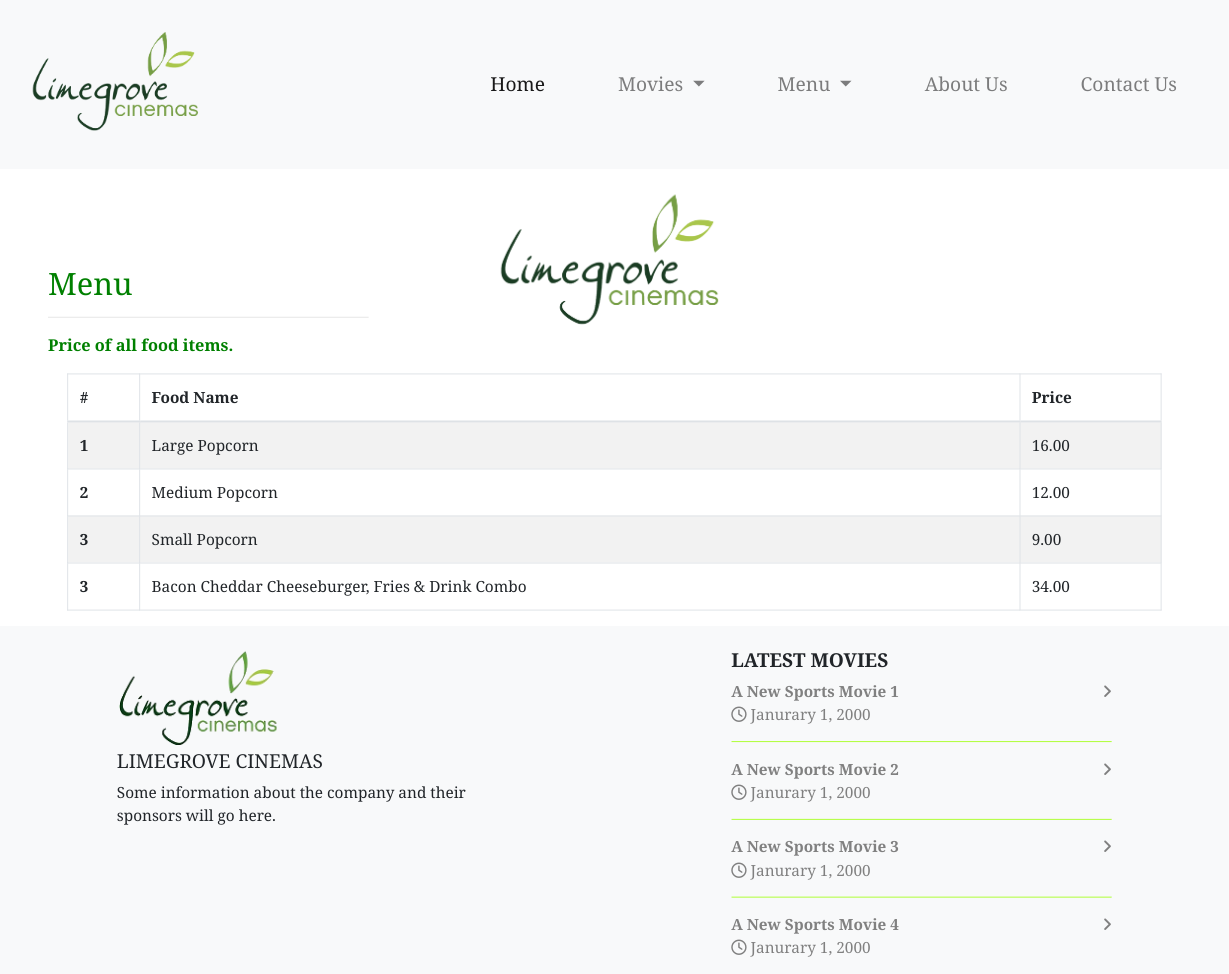
Repository: SimplyZacc/movie-web-template
Page: http://localhost/
These files come from the project's save history. The page is drawn as it stood at one moment and after the next save; the edit follows.
The browser window is 1280 px wide. The pictures show the whole page, at 96% of full size.
Some web libraries are served in a nearby version. The page is run by PHP 8.4 with error messages shown; the project is at /var/www/html/.

Above is the page before, as saved 2020-06-28 23:11:49.

### index.php
<?php
//set page vars
$title = "Index";
//include page header
include "templates/header.php";
?>

<div class="contact-head">
    <div class="contact-head-body">
        <h2>Menu</h2>
        <hr>
        <p>Price of all food items.</p>
    </div>
</div>

<div class="container">
    <div class="row">
        <table class="table table-striped table-bordered">
            <thead>
                <tr>
                    <th scope="col">#</th>
                    <th scope="col">Food Name</th>
                    <th scope="col">Price</th>
                </tr>
            </thead>
            <tbody>
                <tr>
                    <th scope="row">1</th>
                    <td>Large Popcorn</td>
                    <td>16.00</td>
                </tr>
                <tr>
                    <th scope="row">2</th>
                    <td>Medium Popcorn</td>
                    <td>12.00</td>
                </tr>
                <tr>
                    <th scope="row">3</th>
                    <td>Small Popcorn</td>
                    <td>9.00</td>
                </tr>
                <tr>
                    <th scope="row">3</th>
                    <td>Bacon Cheddar Cheeseburger, Fries & Drink Combo</td>
                    <td>34.00</td>
                </tr>
            </tbody>
        </table>
    </div>
</div>

<?php include "templates/footer.php";?>

### templates/header.php
<?php
session_start();
?>
<!DOCTYPE html>
<html lang="en">

<head>
    <meta charset="UTF-8">
    <meta name="viewport" content="width=device-width, initial-scale=1.0">

    <title>
        <?php
        $default_header = "Limegrove Cinemas";
        if (isset($title)) {
            echo "Limegrove Cinemas - " . $title;
        } else {
            echo $default_header;
        }
        ?>
    </title>

    <!-- CSS -->
    <link rel="stylesheet" href="https://stackpath.bootstrapcdn.com/bootstrap/4.4.1/css/bootstrap.min.css" integrity="sha384-Vkoo8x4CGsO3+Hhxv8T/Q5PaXtkKtu6ug5TOeNV6gBiFeWPGFN9MuhOf23Q9Ifjh" crossorigin="anonymous">
    <link rel="stylesheet" href="assets/css/styles.css">
    <link rel="stylesheet" href="movie-web-template/assets/css/styles.css">

    <!-- JavaScript -->
    <script src="https://code.jquery.com/jquery-3.4.1.slim.min.js" integrity="sha384-J6qa4849blE2+poT4WnyKhv5vZF5SrPo0iEjwBvKU7imGFAV0wwj1yYfoRSJoZ+n" crossorigin="anonymous"></script>
    <script src="https://cdn.jsdelivr.net/npm/popper.js@1.16.0/dist/umd/popper.min.js" integrity="sha384-Q6E9RHvbIyZFJoft+2mJbHaEWldlvI9IOYy5n3zV9zzTtmI3UksdQRVvoxMfooAo" crossorigin="anonymous"></script>
    <script src="https://stackpath.bootstrapcdn.com/bootstrap/4.4.1/js/bootstrap.min.js" integrity="sha384-wfSDF2E50Y2D1uUdj0O3uMBJnjuUD4Ih7YwaYd1iqfktj0Uod8GCExl3Og8ifwB6" crossorigin="anonymous"></script>
    <script src="https://kit.fontawesome.com/e9662c41f5.js" crossorigin="anonymous"></script>

</head>

<body>

    <nav class="navbar navbar-expand-lg navbar-light bg-light">
        <button class="navbar-toggler" type="button" data-toggle="collapse" data-target="#navbarSupportedContent" aria-controls="navbarSupportedContent" aria-expanded="false" aria-label="Toggle navigation">
            <i class="fas fa-bars"></i>
        </button>

        <div class="collapse navbar-collapse" id="navbarSupportedContent">
            <ul class="navbar-nav mr-auto">
                <a class="navbar-brand" href="index.php"><img src="assets/images/lgcgreenlogo.png" alt="Cinema Logo" style="width: auto;height: 150px"></a>

            </ul>

            <ul class="navbar-nav navbar-right">

                <li class="nav-item active p-r-10">
                    <a class="nav-link" href="index.php">Home <span class="sr-only">(current)</span></a>
                </li>
                <li class="nav-item dropdown p-r-10">
                    <a class="nav-link dropdown-toggle" href="movie.php" id="navbarDropdown" role="button" data-toggle="dropdown" aria-haspopup="true" aria-expanded="false">
                        Movies
                    </a>
                    <div class="dropdown-menu" aria-labelledby="navbarDropdown">
                        <a class="dropdown-item" href="movie.php">Popular</a>
                        <a class="dropdown-item disabled" href="#">Recently Added</a>
                        <a class="dropdown-item disabled" href="#">Soon Added</a>
                    </div>
                </li>
                <li class="nav-item dropdown p-r-10">
                    <a class="nav-link dropdown-toggle" href="movie.php" id="navbarDropdown" role="button" data-toggle="dropdown" aria-haspopup="true" aria-expanded="false">
                        Menu
                    </a>
                    <div class="dropdown-menu" aria-labelledby="navbarDropdown">
                        <a class="dropdown-item" href="movie.php">Food</a>
                        <a class="dropdown-item disabled" href="#">Drinks</a>
                    </div>
                </li>

                <li class="nav-item ">
                    <a class="nav-link" href="aboutus.php">About Us</a>
                </li>

                <li class="nav-item p-r-10">
                    <a class="nav-link" href="contactus.php">Contact Us</a>
                </li>

                <!--
                <li class="nav-item p-r-10">
                    <a class="nav-link" href="blog.php">Blog</a>
                </li>
                -->
            </ul>

        </div>
    </nav>

### templates/footer.php
<footer class="page-footer font-small pt-4 bg-light" style="height: 100%;">

    <div class="container-fluid text-center text-md-left">

        <div class="row">

            <div class="col-md-1"></div>

            <div class="col-sm-12 col-md-4 mt-md-0 mt-3">

                <img src="assets/images/lg-nbg.png" alt="">
                <h5 class="text-uppercase">Limegrove Cinemas</h5>
                <p style="height: 100px">Some information about the company and their sponsors will go here.</p>

            </div>

            <div class="col-2"></div>

            <hr class="clearfix w-100 d-md-none pb-3">

            <div class="col-md-4 col-sm-12 mb-md-0 mb-3">

                <h5 class="text-uppercase bold">Latest Movies</h5>

                <ul class="list-unstyled grey">
                    <li>
                        <a href="movie.php" class="footer-link">A New Sports Movie 1 <span style="float: right"><i class="fas fa-angle-right"></i></span></a>
                        <br>
                        <p><i class="far fa-clock"></i> Janurary 1, 2000</p>
                    </li>
                    <hr style="border-color: greenyellow;">
                    <li>
                        <a href="movie.php" class="footer-link">A New Sports Movie 2 <span style="float: right"><i class="fas fa-angle-right"></i></span></a>
                        <br>
                        <p><i class="far fa-clock"></i> Janurary 1, 2000</p>
                    </li>
                    <hr style="border-color: greenyellow;">
                    <li>
                        <a href="movie.php" class="footer-link">A New Sports Movie 3 <span style="float: right"><i class="fas fa-angle-right"></i></span></a>
                        <br>
                        <p><i class="far fa-clock"></i> Janurary 1, 2000</p>
                    </li>
                    <hr style="border-color: greenyellow;">
                    <li>
                        <a href="movie.php" class="footer-link">A New Sports Movie 4 <span style="float: right"><i class="fas fa-angle-right"></i></span></a>
                        <br>
                        <p><i class="far fa-clock"></i> Janurary 1, 2000</p>
                    </li>
                </ul>

            </div>

        </div>

    </div>

</footer>

</body>

</html>

### assets/css/styles.css
* {
    font-family: Cambria, Cochin, Georgia, Times, 'Times New Roman', serif;
}

.bold {
    font-weight: bold;
}

.center {
    text-align: center;
}

.hr {
    border-color: whitesmoke;
}

.grey {
    color: grey;
}

.margin-t-20 {
    margin-top: 20px;
}

.margin-b-20 {
    margin-bottom: 20px;
}

.footer-link {
    font-weight: bold;
    text-decoration: none;
    color: grey;
}

.footer-link:hover {
    text-decoration: none;
    color: #13df13;
    transition-duration: 0.5s;
}

.navbar-nav>li {
    padding-left: 30px;
    padding-right: 30px;
    font-size: 20px;
}


/****************************************** Contact Us Page ******************************************/

.contact-head {
    height: 100%;
    width: 100%;
    background-image: url('/assets/images/lgcgreenlogo.png');
    background-position-x: center;
    background-repeat: no-repeat;
    background-size: contain;
}

.contact-head-body {
    font-weight: bold;
    font-size: 17px;
    color: green;
    width: 30%;
    padding-left: 50px;
    padding-top: 100px;
}

.contact-body {
    height: 700px;
    background-color: rgb(241, 241, 241);
}

.contact-body-sub {
    width: 90%;
    margin-left: auto;
    margin-right: auto;
}

.contact-right {
    float: right;
    width: 35%;
}

.contact-left {
    float: left;
    width: 65%;
}

.contact-card {
    margin-top: 30px;
}

.contact-form-info {
    margin-top: 30px;
    background-color: white;
    width: 80%;
}

.contact-form-info2 {
    padding-left: 30px;
}

.contact-form-text {
    padding-top: 10px;
}

.contact-form-button {
    margin-top: 20px;
    margin-bottom: 30px;
}

.contact-form-input {
    width: 80%;
    border: none;
    outline: none;
    border-bottom: 2px solid grey;
    background-color: transparent;
    cursor: default;
}

.contact-form-input:hover {
    border-bottom: 2px solid #13df13;
    transition-duration: 0.5s;
}

.contact-form-textbox {
    width: 80%;
    height: 200px;
    border: none;
    outline: none;
    border-bottom: 2px solid grey;
    background-color: transparent;
    cursor: default;
}

.contact-form-textbox:hover {
    border-bottom: 2px solid #13df13;
    transition-duration: 0.5s;
}


/****************************************** About Us Page ******************************************/

.about-body {
    height: 100%;
    margin-top: 30px;
}

.about-body-inside {
    width: 80%;
    margin-left: auto;
    margin-right: auto;
}


/****************************************** Blog Page ******************************************/

.poster {
    border-radius: 50px;
    background-color: rgb(216, 216, 216);
    height: auto;
    width: 100%;
}

.poster-img {
    border-radius: 50px;
    margin-top: 10px;
    margin-bottom: 10px;
    width: 90% !important;
    height: 200px;
}

.blog-title {
    color: rgb(77, 75, 75);
    font-weight: bold;
    font-family: Arial, Helvetica, sans-serif;
    font-size: 22px;
}

.poster-txt {
    margin-left: 10px;
    margin-right: 10px;
}

.blog-info {
    font-size: 20px;
}

.blog-text {
    margin-top: 10px;
    margin-bottom: 10px;
    color: rgb(129, 129, 129);
    font-family: Arial, Helvetica, sans-serif;
}

.blog-button {
    width: 80%;
    height: 30px;
    margin-top: 10px;
    margin-bottom: 20px;
    border-radius: 50px;
    margin-left: auto;
    margin-right: auto;
    border: none;
    color: black;
}

.blog-button:hover {
    transition-duration: 1s;
    background-color: #13df13;
    color: white;
}


/****************************************** Blog Post Page ******************************************/

.blog-post {
    width: 100%;
    margin-bottom: 20px;
    margin-top: 20px;
}

.blog-post-img {
    width: 90%;
    height: auto;
    margin: auto;
    text-align: center;
}

.blog-post-header {
    width: 90%;
    text-align: center;
    margin: auto;
    font-weight: bolder;
    color: rgb(77, 75, 75);
    font-family: Arial, Helvetica, sans-serif;
}

.blog-post-info {
    text-align: center;
    width: 90%;
    margin: auto;
    color: rgb(129, 129, 129);
    font-family: Arial, Helvetica, sans-serif;
}

.blog-button2 {
    width: 80%;
    height: 30px;
    margin-top: 10px;
    margin-bottom: 20px;
    border-radius: 50px;
    border: none;
    color: black;
}

.blog-button2:hover {
    transition-duration: 1s;
    background-color: #13df13;
    color: white;
}


/****************************************** Movie Pages ******************************************/

.movie-border {
    width: 100%;
    margin-bottom: 20px;
    height: 300px;
}

.movie-inside {
    width: 95%;
    height: 90%;
    margin: 20px;
}

.movie-info-bottom {}

After the next save:
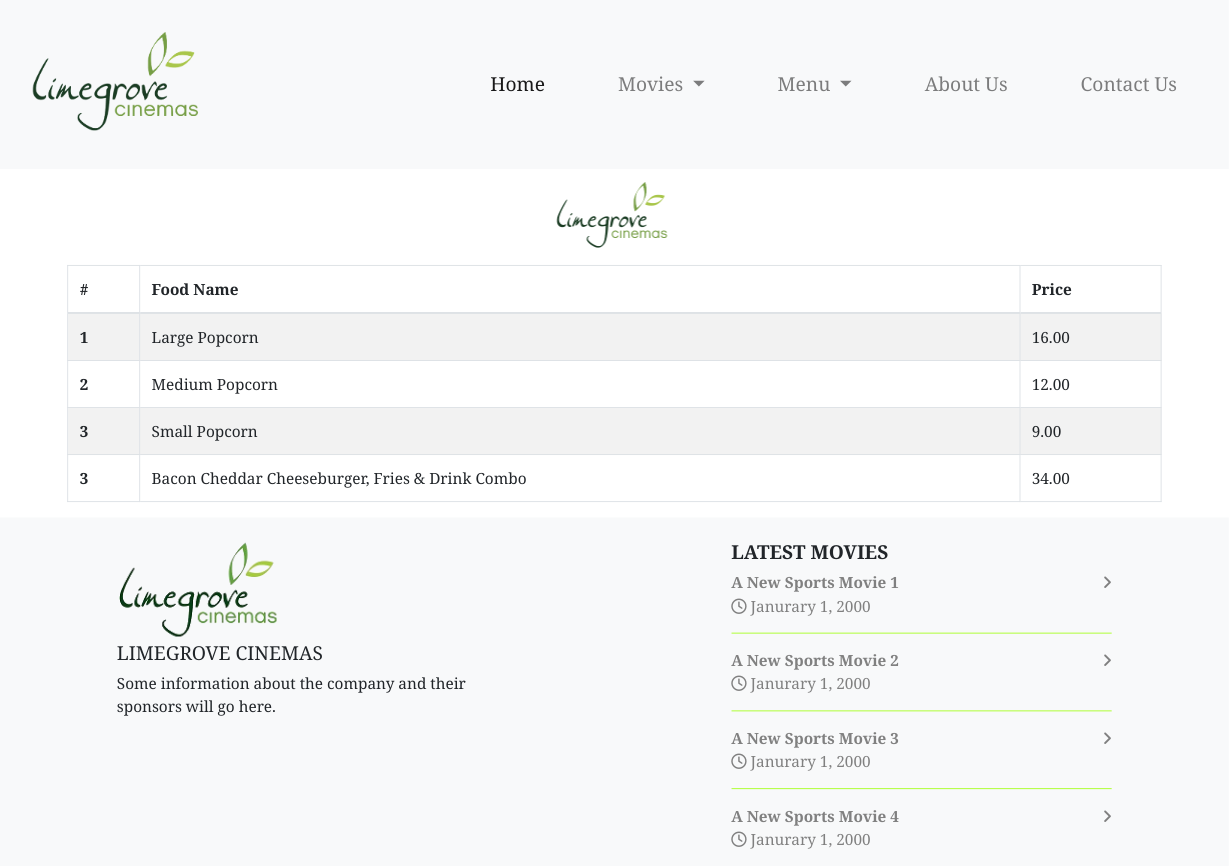
Saved 9 s later.
--- a/index.php
+++ b/index.php
@@ -7,9 +7,6 @@ include "templates/header.php";
 
 <div class="contact-head">
     <div class="contact-head-body">
-        <h2>Menu</h2>
-        <hr>
-        <p>Price of all food items.</p>
     </div>
 </div>
 
